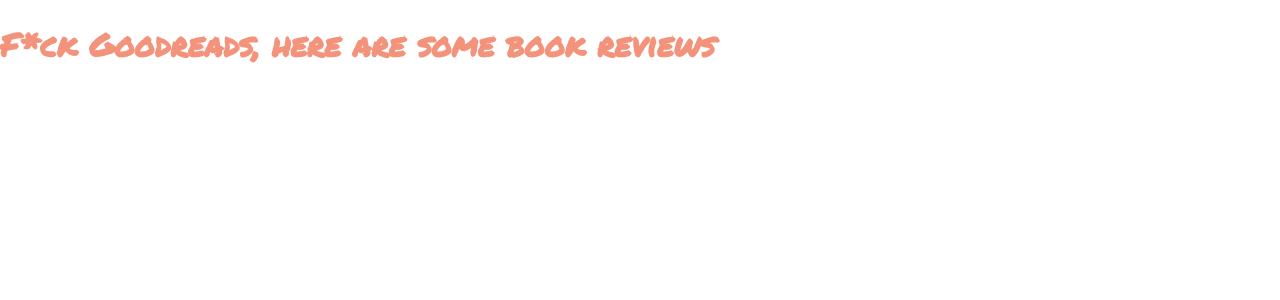
Repository: emnharris/FreeCodeCampChallenges
Page: responsive-web-design/book-reviews/books.html
The author's editor kept a copy of each file at every save. The page is drawn from the files as they stood at one save, then again after the next save.
The browser window is 1280 px wide. The pictures show the whole page.

Above is the page before, as saved 2020-04-18 12:30:31.

After the next save:
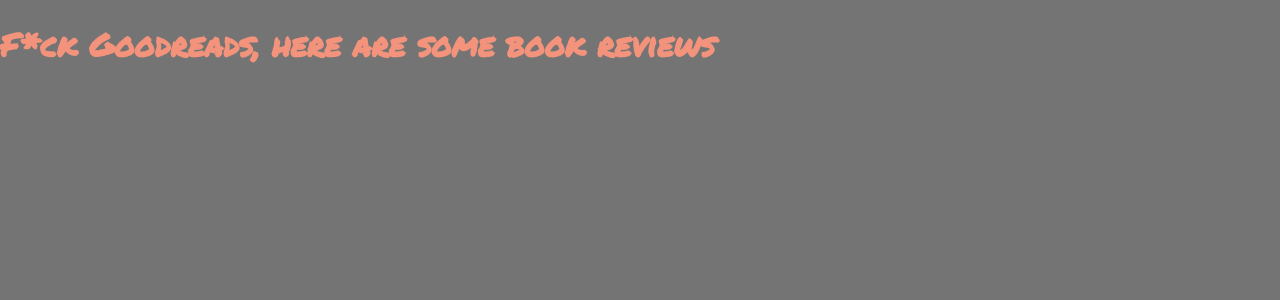
Saved 32 s later.
--- a/responsive-web-design/book-reviews/books.css
+++ b/responsive-web-design/book-reviews/books.css
@@ -16,5 +16,5 @@
 
 body {
     margin: 0px;
-    color: rgb(116, 116, 116);
+    background-color: rgb(116, 116, 116);
 }

After the save that followed:
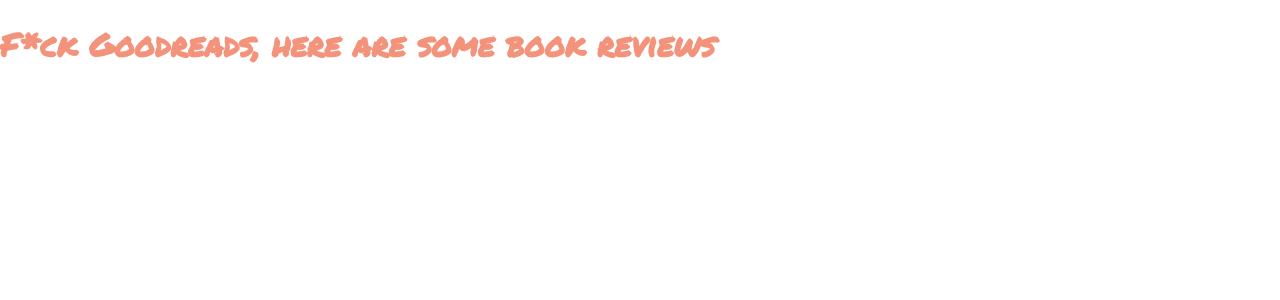
Saved 70 s later.
--- a/responsive-web-design/book-reviews/books.css
+++ b/responsive-web-design/book-reviews/books.css
@@ -16,5 +16,5 @@
 
 body {
     margin: 0px;
-    background-color: rgb(116, 116, 116);
+    background-color: linear-gradient(90deg, rgb(116, 116, 116), rgb(243, 212, 204));
 }
